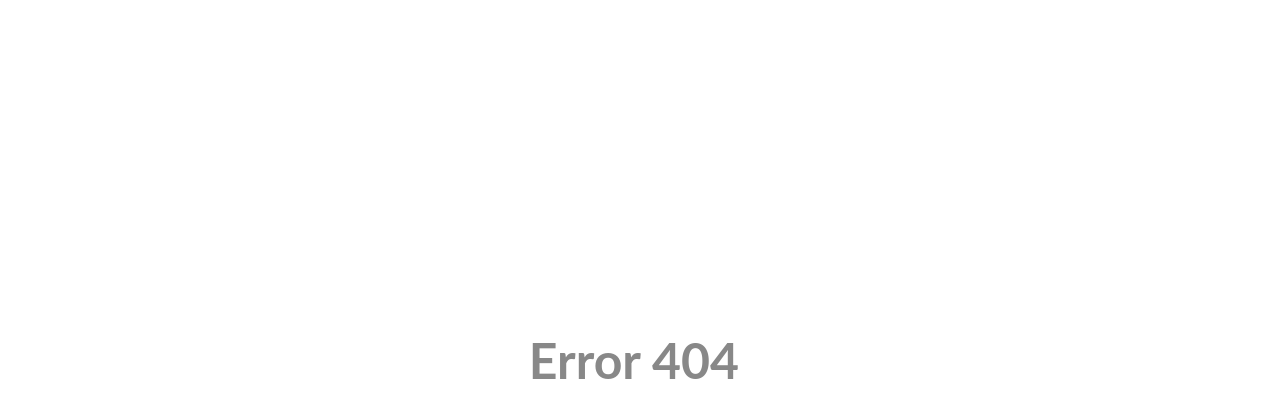
Repository: SavalaramRedkar/SupermarketManagementSystem-Java
Page: http://localhost/Supermarket_Management_System/error.jsp
An editor plug-in stored every save of this project. The page is shown before and after the next save, followed by the edit.
The browser window is 1280 px wide. The pictures show the whole page.
The page is served by Tomcat 9.

Above is the page before, as saved 2021-03-14 15:19:22.

After the next save:
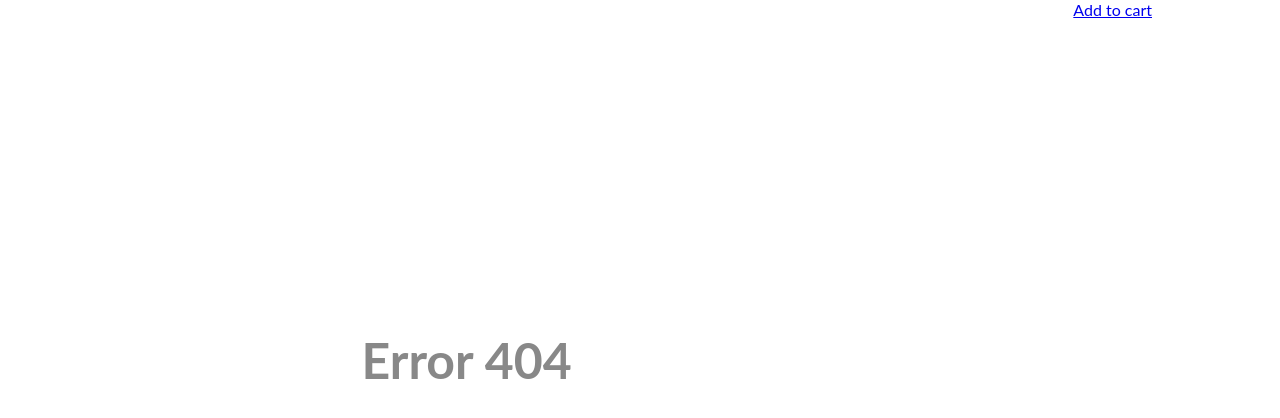
Saved 42 s later.
--- a/Supermarket Management System/WebContent/error.jsp
+++ b/Supermarket Management System/WebContent/error.jsp
@@ -111,6 +111,10 @@ width
 		<div class="fof">
 			<h1>Error 404</h1>
 		</div>
+		<a class="cart" href="login.jsp">Add to cart
+						<i class='fas fa-cart-plus'></i>
+				</a>
 	</div>
+
 </body>
 </html>
